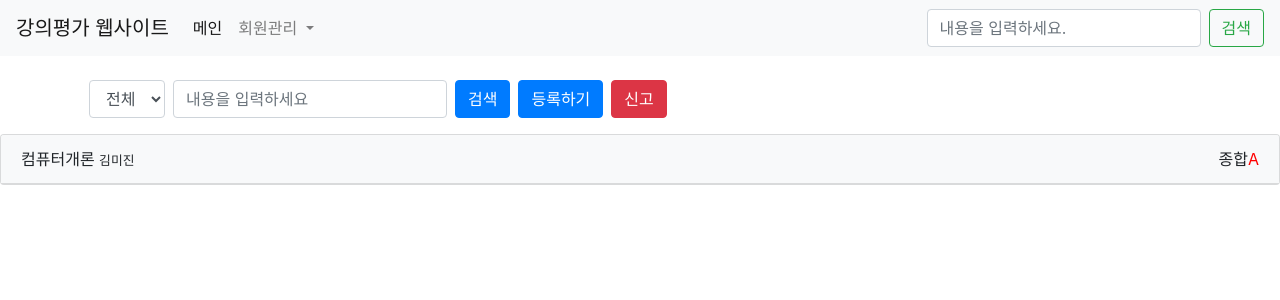
Repository: mijin99/lecture-evaluation
Page: http://localhost/Lecture_Evaluation/
The author's editor kept a copy of each file at every save. The page is drawn from the files as they stood at one save, then again after the next save.
The browser window is 1280 px wide. The pictures show the whole page.
The page is served by Tomcat 9.

Above is the page before, as saved 2020-12-24 17:21:26.

After the next save:
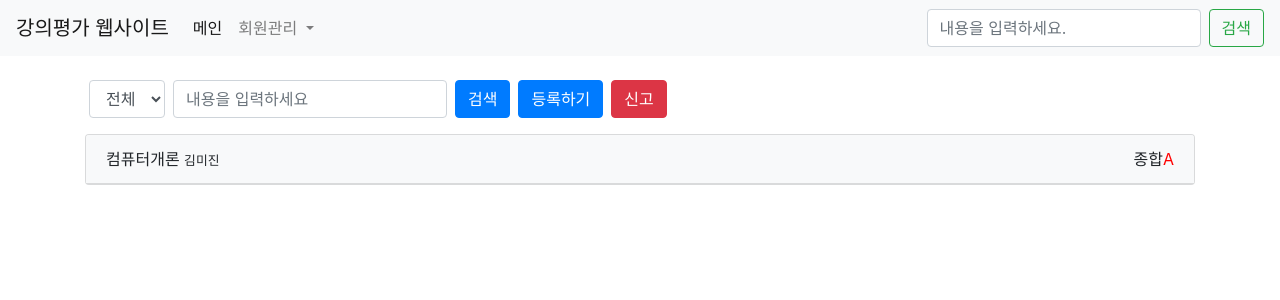
Saved 19 s later.
--- a/Lecture Evaluation/WebContent/index.jsp
+++ b/Lecture Evaluation/WebContent/index.jsp
@@ -67,19 +67,22 @@
 			<a class="btn btn-primary mx-1 mt-2" data-toggle="modal" href="#registerModal">등록하기</a>
 			<a class="btn btn-danger mx-1 mt-2" data-toggle="modal" href="#reportModal">신고</a>
 		</form>
+
+
+		<!-- 강의평가 등록했을 때 보이는 모습 -->
+		<div class="card bg-light mt-3">
+			<div class="card-header bg-light">
+				<div class="row">
+					<div class="col-8 text-left">컴퓨터개론&nbsp;<small>김미진</small></div>
+					<div class="col-4 text-right">
+						종합<span style="color :red;">A</span>
+					</div>
+				</div>
+			</div>
+		</div>
 	</section>
 
-	<!-- 강의평가 등록했을 때 보이는 모습 -->
-	<div class="card bg-light mt-3">
-		<div class="card-header bg-light">
-			<div class="row">
-				<div class="col-8 text-left">컴퓨터개론&nbsp;<small>김미진</small></div>
-				<div class="col-4 text-right">
-					종합<span style="color :red;">A</span>
-				</div>
-			</div>
-		</div>
-	</div>
+
 
 	<!-- 등록하기 모달창 -->
 	<div class="modal fade" id="registerModal" tabindex="-1" role="dialog" aria-labelledby="modal" aria-hidden="true">
